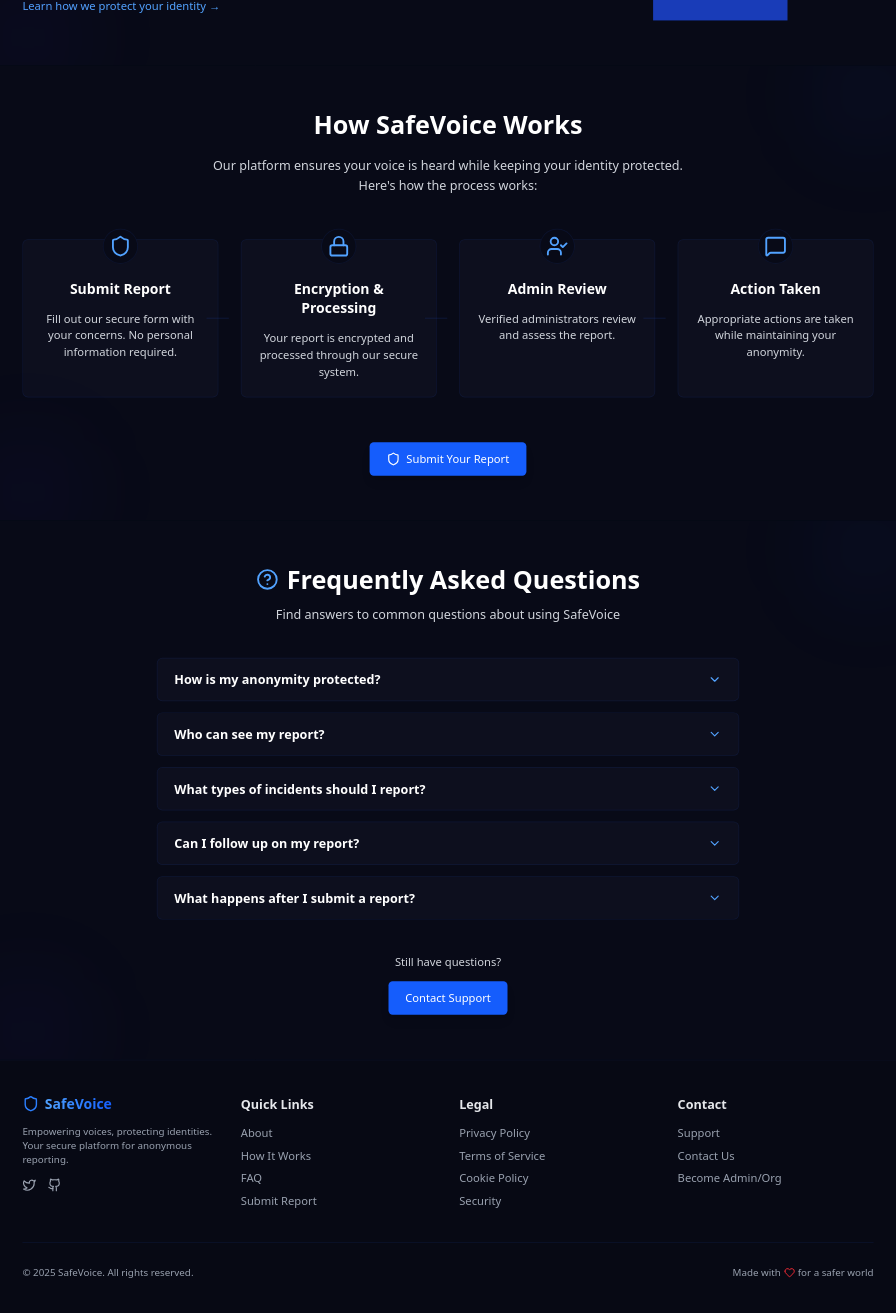
Repository: Marvin-Maina/safevoice
Page: / (app in safevoice-frontend/)
The author's editor kept a copy of each file at every save. The page is drawn from the files as they stood at one save, then again after a run of saves.
The browser window is 1280 px wide. The pictures show the part of the page from y = 974 to 2894 px (the page is 2850 px tall before and 2894 px after), at 70% of full size.
The project was rebuilt for these pictures with package versions that can differ from the ones it lists, and the page was loaded fresh each time. Also part of the build but not shown: safevoice-frontend/vite.config.js, safevoice-frontend/src/pages/register.jsx, safevoice-frontend/src/pages/login.jsx, safevoice-frontend/src/pages/becomeadmin.jsx, safevoice-frontend/src/pages/freeadmindashboard.jsx, safevoice-frontend/src/components/PrivateRoute.jsx, safevoice-frontend/src/pages/UserReportDetail.jsx, safevoice-frontend/src/pages/SubmitReport.jsx and 2 more.

Above is the page before, as saved 2025-06-03 10:34:00.

### safevoice-frontend/src/App.jsx
// src/App.jsx
import { BrowserRouter as Router, Routes, Route, useLocation } from 'react-router-dom';
import Register from './pages/register';
import Login from './pages/login';
import Navbar from './components/navbar';
import Footer from './components/footer';
import LandingPage from './pages/landingpage';
import About from './components/about';
import BecomeAdmin from './pages/becomeadmin';
import FreeAdminDashboard from './pages/freeadmindashboard';
import PrivateRoute from './components/PrivateRoute'; // IMPORTANT: This import is necessary
import UserReportDetail from './pages/UserReportDetail'; // IMPORTANT: This import is necessary
import SubmitReport from './pages/SubmitReport';
import Profile from './pages/profile';
import EditProfile from './pages/EditProfile';
const AppLayout = () => {
  const location = useLocation();
  const showNavbar = location.pathname === '/';
  const showFooter = location.pathname === '/';

  return (
    <div className="min-h-screen bg-gray-950 text-white flex flex-col">
      {showNavbar && <Navbar />}
      <div className={`${showNavbar ? 'pt-16' : ''} flex-grow`}>
        <Routes>
          <Route path="/" element={<LandingPage />} />
          <Route path="/register" element={<Register />} />
          <Route path="/login" element={<Login />} />
          <Route path="/about" element={<About />} />
          <Route path="/become-admin" element={<BecomeAdmin />} />
          <Route path="/submit-report" element={<SubmitReport />} />
          <Route path="/profile" element={<Profile />} />
          <Route path="/EditProfile" element={<EditProfile />} />


          {/* Protected Admin Dashboard Route */}
          <Route
            path="/free-admin-dashboard"
            element={
              <PrivateRoute allowedRoles={['admin']}>
                <FreeAdminDashboard />
              </PrivateRoute>
            }
          />

          {/* IMPORTANT: Route for User Report Detail - This is how reportId gets populated */}
          <Route
            path="/reports/:reportId" // <--- This dynamic parameter MUST be here!
            element={
              <PrivateRoute allowedRoles={['user', 'admin']}> {/* Users can view their own reports */}
                <UserReportDetail />
              </PrivateRoute>
            }
          />
          {/* Add more routes as needed */}
        </Routes>
      </div>
      {showFooter && <Footer />}
    </div>
  );
};

export default function App() {
  return (
    <Router>
      <AppLayout />
    </Router>
  );
}

### safevoice-frontend/src/components/footer.jsx
import React from 'react';
import { Shield, Heart, Github, Twitter } from 'lucide-react';

const Footer = () => {
  return (
    <footer className="bg-[#070914] py-12 border-t border-blue-900/20">
      <div className="max-w-7xl mx-auto px-4 sm:px-6 lg:px-8">
        <div className="grid grid-cols-1 md:grid-cols-4 gap-8">
          {/* Brand */}
          <div className="col-span-1 md:col-span-1">
            <a href="/" className="flex items-center text-xl font-bold mb-4">
              <Shield className="h-6 w-6 mr-2 text-blue-500" />
              <span className="bg-gradient-to-r from-blue-400 to-blue-600 bg-clip-text text-transparent">SafeVoice</span>
            </a>
            <p className="text-gray-400 text-sm">
              Empowering voices, protecting identities. Your secure platform for anonymous reporting.
            </p>
            <div className="flex mt-4 space-x-4">
              <a href="#" className="text-gray-400 hover:text-blue-400 transition-colors duration-300">
                <Twitter className="h-5 w-5" />
              </a>
              <a href="#" className="text-gray-400 hover:text-blue-400 transition-colors duration-300">
                <Github className="h-5 w-5" />
              </a>
            </div>
          </div>

          {/* Quick Links */}
          <div className="col-span-1">
            <h3 className="text-lg font-semibold mb-4 text-gray-200">Quick Links</h3>
            <ul className="space-y-2">
              <li>
                <a href="#about" className="text-gray-400 hover:text-blue-400 transition-colors duration-300">About</a>
              </li>
              <li>
                <a href="#how-it-works" className="text-gray-400 hover:text-blue-400 transition-colors duration-300">How It Works</a>
              </li>
              <li>
                <a href="#faq" className="text-gray-400 hover:text-blue-400 transition-colors duration-300">FAQ</a>
              </li>
              <li>
                <a href="#report" className="text-gray-400 hover:text-blue-400 transition-colors duration-300">Submit Report</a>
              </li>
            </ul>
          </div>

          {/* Legal */}
          <div className="col-span-1">
            <h3 className="text-lg font-semibold mb-4 text-gray-200">Legal</h3>
            <ul className="space-y-2">
              <li>
                <a href="#privacy" className="text-gray-400 hover:text-blue-400 transition-colors duration-300">Privacy Policy</a>
              </li>
              <li>
                <a href="#terms" className="text-gray-400 hover:text-blue-400 transition-colors duration-300">Terms of Service</a>
              </li>
              <li>
                <a href="#cookies" className="text-gray-400 hover:text-blue-400 transition-colors duration-300">Cookie Policy</a>
              </li>
              <li>
                <a href="#security" className="text-gray-400 hover:text-blue-400 transition-colors duration-300">Security</a>
              </li>
            </ul>
          </div>

          {/* Contact */}
          <div className="col-span-1">
            <h3 className="text-lg font-semibold mb-4 text-gray-200">Contact</h3>
            <ul className="space-y-2">
              <li>
                <a href="#support" className="text-gray-400 hover:text-blue-400 transition-colors duration-300">Support</a>
              </li>
              <li>
                <a href="#contact" className="text-gray-400 hover:text-blue-400 transition-colors duration-300">Contact Us</a>
              </li>
              <li>
                <a href="#become-admin" className="text-gray-400 hover:text-blue-400 transition-colors duration-300">Become Admin/Org</a>
              </li>
            </ul>
          </div>
        </div>

        <div className="mt-12 pt-8 border-t border-blue-900/20 flex flex-col md:flex-row justify-between items-center">
          <p className="text-gray-400 text-sm">
            &copy; {new Date().getFullYear()} SafeVoice. All rights reserved.
          </p>
          <p className="text-gray-400 text-sm flex items-center mt-4 md:mt-0">
            Made with <Heart className="h-4 w-4 mx-1 text-red-500" /> for a safer world
          </p>
        </div>
      </div>
    </footer>
  );
};

export default Footer;

### safevoice-frontend/src/pages/landingpage.jsx
import React from 'react';
import HeroSection from '../components/hero';
import About from '../components/about';
import HowItWorks from '../components/Howitworks';
import Faq from '../components/FAQS';
// import more sections as needed...

const LandingPage = () => {
  return (
    <main>
      <HeroSection />
      <About />
      <HowItWorks />
      <Faq />
      {/* More sections */}
    </main>
  );
};

export default LandingPage;

### safevoice-frontend/src/components/about.jsx
import React from 'react';
import { MessageSquare } from 'lucide-react';

const About = () => {
  return (
    <section id="about" className="py-16 bg-[#080a17] relative overflow-hidden">
      <div className="max-w-7xl mx-auto px-4 sm:px-6 lg:px-8">
        <div className="grid grid-cols-1 md:grid-cols-2 gap-12 items-center">
          {/* Text Content */}
          <div className="animate-fadeIn">
            <div className="flex items-center mb-6">
              <MessageSquare className="text-blue-400 h-6 w-6 mr-3" />
              <h2 className="text-3xl font-bold">Our Why</h2>
            </div>
            <h3 className="text-2xl font-semibold mb-6">
              SafeVoice began as a response to stories we couldn't ignore.
            </h3>
            <div className="space-y-4 text-gray-300">
              <p>
                In schools, workplaces, and communities, people were witnessing and experiencing abuse, threats,
                and misconduct—but had no safe way to speak up. Fear of backlash, exposure, or not being
                believed kept too many voices silent.
              </p>
              <p>
                We built SafeVoice to change that. It's anonymous, it's secure, it's your platform
                to speak truth without fear—and start change.
              </p>
              <a
                href="#learn-more"
                className="inline-block text-blue-400 hover:text-blue-300 transition-colors duration-300 mt-4 group"
              >
                Learn how we protect your identity{' '}
                <span className="group-hover:translate-x-1 inline-block transition-transform duration-300">→</span>
              </a>
            </div>
          </div>

          {/* Image/Illustration */}
          <div className="relative">
            <div className="relative h-80 w-full md:h-96 animate-fadeInRight">
              <div className="absolute right-0 top-0 h-full w-full">
                <div className="relative h-full w-full">
                  {/* Microphone icon */}
                  <div className="absolute left-1/4 top-1/2 transform -translate-y-1/2 w-16 h-40 bg-blue-600/30 rounded-full blur-sm animate-pulse"></div>

                  {/* Person silhouette */}
                  <div className="absolute right-0 top-0 h-full w-3/4">
                    <svg viewBox="0 0 200 200" xmlns="http://www.w3.org/2000/svg" className="h-full w-full text-blue-800">
                      <path fill="currentColor" d="M100,0 C120,0 135,15 135,35 C135,55 120,70 100,70 C80,70 65,55 65,35 C65,15 80,0 100,0 Z M140,80 C140,80 140,80 140,80 C140,80 140,80 140,80 C140,80 150,85 150,95 L150,200 L50,200 L50,95 C50,85 60,80 60,80 C60,80 60,80 60,80 C60,80 80,90 100,90 C120,90 140,80 140,80 Z" />
                    </svg>
                  </div>
                </div>
              </div>
            </div>
          </div>
        </div>
      </div>

      {/* Background elements */}
      <div className="absolute -top-10 -right-10 w-40 h-40 bg-blue-600/5 rounded-full filter blur-3xl"></div>
      <div className="absolute -bottom-10 -left-10 w-40 h-40 bg-indigo-600/5 rounded-full filter blur-3xl"></div>
    </section>
  );
};

export default About;

### safevoice-frontend/src/components/hero.jsx
import React from 'react';
import { Shield } from 'lucide-react';
import { Link } from 'react-router-dom';
const HeroSection = () => {
  return (
    <section className="relative pt-28 pb-20 overflow-hidden">
      <div className="max-w-7xl mx-auto px-4 sm:px-6 lg:px-8 text-center">
        <h1 className="text-4xl sm:text-5xl md:text-6xl font-bold leading-tight mb-6 animate-fadeIn">
          <span className="bg-gradient-to-r from-white to-blue-300 bg-clip-text text-transparent">Anonymous Reporting</span>
          <br />
          <span className="bg-gradient-to-r from-blue-300 to-white bg-clip-text text-transparent">Made Safe</span>
        </h1>
        <p className="text-xl text-gray-300 mb-12 max-w-2xl mx-auto animate-fadeInUp">
          Empowering voices, protecting identities.
        </p>
        <div className="flex flex-col sm:flex-row justify-center space-y-4 sm:space-y-0 sm:space-x-4 animate-fadeInUp animation-delay-200">

          <Link
            to="/submit-report"
            className="inline-flex items-center px-6 py-3 bg-blue-600 text-white font-medium rounded-md hover:bg-blue-700 transition-all duration-300 transform hover:scale-105 shadow-lg hover:shadow-blue-600/50"
          >
            <Shield className="mr-2 h-5 w-5" />
            Report Anonymously
          </Link>

           < Link to ="/become-admin"
            className="inline-flex items-center px-6 py-3 bg-transparent border border-blue-600 text-white font-medium rounded-md hover:bg-blue-900/20 transition-all duration-300 transform hover:scale-105 shadow-lg hover:shadow-blue-600/30"
          >
            Become Admin/Org
          </Link>
        </div>
      </div>

      {/* Animated gradient circles */}
      <div className="absolute top-1/4 left-1/4 w-64 h-64 bg-blue-600/10 rounded-full filter blur-3xl animate-pulse animation-duration-7000"></div>
      <div className="absolute bottom-1/4 right-1/4 w-96 h-96 bg-indigo-600/10 rounded-full filter blur-3xl animate-pulse animation-delay-2000 animation-duration-8000"></div>

      {/* Background gradient effect */}
      <div className="absolute inset-0 bg-gradient-to-b from-blue-900/10 to-transparent pointer-events-none" aria-hidden="true"></div>
    </section>
  );
};

export default HeroSection;

### safevoice-frontend/src/components/Howitworks.jsx
import React from 'react';
import { Shield, Lock, UserCheck, MessageSquare } from 'lucide-react';

const HowItWorks = () => {
  const steps = [
    {
      icon: <Shield className="h-8 w-8 text-blue-400" />,
      title: "Submit Report",
      description: "Fill out our secure form with your concerns. No personal information required."
    },
    {
      icon: <Lock className="h-8 w-8 text-blue-400" />,
      title: "Encryption & Processing",
      description: "Your report is encrypted and processed through our secure system."
    },
    {
      icon: <UserCheck className="h-8 w-8 text-blue-400" />,
      title: "Admin Review",
      description: "Verified administrators review and assess the report."
    },
    {
      icon: <MessageSquare className="h-8 w-8 text-blue-400" />,
      title: "Action Taken",
      description: "Appropriate actions are taken while maintaining your anonymity."
    }
  ];

  return (
    <section id="how-it-works" className="py-16 bg-[#080a17] relative overflow-hidden">
      <div className="max-w-7xl mx-auto px-4 sm:px-6 lg:px-8">
        <div className="text-center mb-16 animate-fadeIn">
          <h2 className="text-3xl md:text-4xl font-bold mb-6">How SafeVoice Works</h2>
          <p className="text-gray-300 text-lg max-w-2xl mx-auto">
            Our platform ensures your voice is heard while keeping your identity protected.
            Here's how the process works:
          </p>
        </div>

        <div className="grid md:grid-cols-2 lg:grid-cols-4 gap-8 relative">
          {steps.map((step, index) => (
            <div
              key={index}
              className="relative bg-[#0d0f1e] p-6 rounded-lg border border-blue-900/20 transform hover:scale-105 transition-all duration-300 animate-fadeInUp"
              style={{ animationDelay: `${index * 200}ms` }}
            >
              <div className="absolute -top-4 left-1/2 transform -translate-x-1/2">
                <div className="bg-[#080a17] p-2 rounded-full border border-blue-900/20">
                  {step.icon}
                </div>
              </div>

              <div className="mt-8 text-center">
                <h3 className="text-xl font-semibold mb-4">{step.title}</h3>
                <p className="text-gray-300">{step.description}</p>
              </div>

              {index < steps.length - 1 && (
                <div className="hidden lg:block absolute top-1/2 right-0 transform translate-x-1/2 -translate-y-1/2">
                  <div className="w-8 h-0.5 bg-blue-900/20"></div>
                </div>
              )}
            </div>
          ))}
        </div>

        <div className="mt-16 text-center animate-fadeInUp animation-delay-200">
          <a
            href="#submit-report"
            className="inline-flex items-center px-6 py-3 bg-blue-600 text-white font-medium rounded-md hover:bg-blue-700 transition-all duration-300 transform hover:scale-105 shadow-lg hover:shadow-blue-600/50"
          >
            <Shield className="mr-2 h-5 w-5" />
            Submit Your Report
          </a>
        </div>
      </div>

      {/* Background elements */}
      <div className="absolute -top-10 -right-10 w-40 h-40 bg-blue-600/5 rounded-full filter blur-3xl"></div>
      <div className="absolute -bottom-10 -left-10 w-40 h-40 bg-indigo-600/5 rounded-full filter blur-3xl"></div>
    </section>
  );
};

export default HowItWorks;

### safevoice-frontend/src/components/FAQS.jsx
import React, { useState } from 'react';
import { ChevronDown, ChevronUp, HelpCircle } from 'lucide-react';

const FAQ = () => {
  const [openIndex, setOpenIndex] = useState(null);

  const faqs = [
    {
      question: "How is my anonymity protected?",
      answer: "SafeVoice uses advanced encryption and never collects identifying information. Your reports are completely anonymous, and we don't track IP addresses or require any personal details."
    },
    {
      question: "Who can see my report?",
      answer: "Only verified administrators of your organization have access to reports. All administrators undergo strict verification and are bound by confidentiality agreements."
    },
    {
      question: "What types of incidents should I report?",
      answer: "You can report any concerns about misconduct, harassment, safety issues, or ethical violations. If you're unsure, it's better to report and let our administrators assess the situation."
    },
    {
      question: "Can I follow up on my report?",
      answer: "Yes. Each report receives a unique reference number. You can use this to check the status of your report or provide additional information while maintaining anonymity."
    },
    {
      question: "What happens after I submit a report?",
      answer: "Your report is encrypted and sent to verified administrators. They review the information, investigate if necessary, and take appropriate action while protecting your identity."
    }
  ];

  return (
    <section id="faq" className="py-16 bg-[#080a17] relative overflow-hidden">
      <div className="max-w-4xl mx-auto px-4 sm:px-6 lg:px-8">
        <div className="text-center mb-12 animate-fadeIn">
          <div className="flex items-center justify-center mb-4">
            <HelpCircle className="h-8 w-8 text-blue-400 mr-3" />
            <h2 className="text-3xl md:text-4xl font-bold">Frequently Asked Questions</h2>
          </div>
          <p className="text-gray-300 text-lg">
            Find answers to common questions about using SafeVoice
          </p>
        </div>

        <div className="space-y-4 animate-fadeInUp">
          {faqs.map((faq, index) => (
            <div
              key={index}
              className="bg-[#0d0f1e] rounded-lg border border-blue-900/20 overflow-hidden transition-all duration-300"
            >
              <button
                className="w-full px-6 py-4 text-left flex items-center justify-between focus:outline-none"
                onClick={() => setOpenIndex(openIndex === index ? null : index)}
              >
                <span className="font-semibold text-lg">{faq.question}</span>
                {openIndex === index ? (
                  <ChevronUp className="h-5 w-5 text-blue-400" />
                ) : (
                  <ChevronDown className="h-5 w-5 text-blue-400" />
                )}
              </button>

              <div
                className={`px-6 transition-all duration-300 ${
                  openIndex === index ? 'py-4 border-t border-blue-900/20' : 'max-h-0 overflow-hidden'
                }`}
              >
                <p className="text-gray-300">{faq.answer}</p>
              </div>
            </div>
          ))}
        </div>

        <div className="mt-12 text-center animate-fadeInUp animation-delay-200">
          <p className="text-gray-300 mb-4">Still have questions?</p>
          <a
            href="#contact"
            className="inline-flex items-center px-6 py-3 bg-blue-600 text-white font-medium rounded-md hover:bg-blue-700 transition-all duration-300 transform hover:scale-105 shadow-lg hover:shadow-blue-600/50"
          >
            Contact Support
          </a>
        </div>
      </div>

      {/* Background elements */}
      <div className="absolute -top-10 -right-10 w-40 h-40 bg-blue-600/5 rounded-full filter blur-3xl"></div>
      <div className="absolute -bottom-10 -left-10 w-40 h-40 bg-indigo-600/5 rounded-full filter blur-3xl"></div>
    </section>
  );
};

export default FAQ;

Loaded but not shown: safevoice-frontend/index.html (common file); safevoice-frontend/src/main.jsx (common file); safevoice-frontend/src/index.css (common file); safevoice-frontend/src/components/navbar.jsx (246 lines, source omitted)

After the next 2 saves:
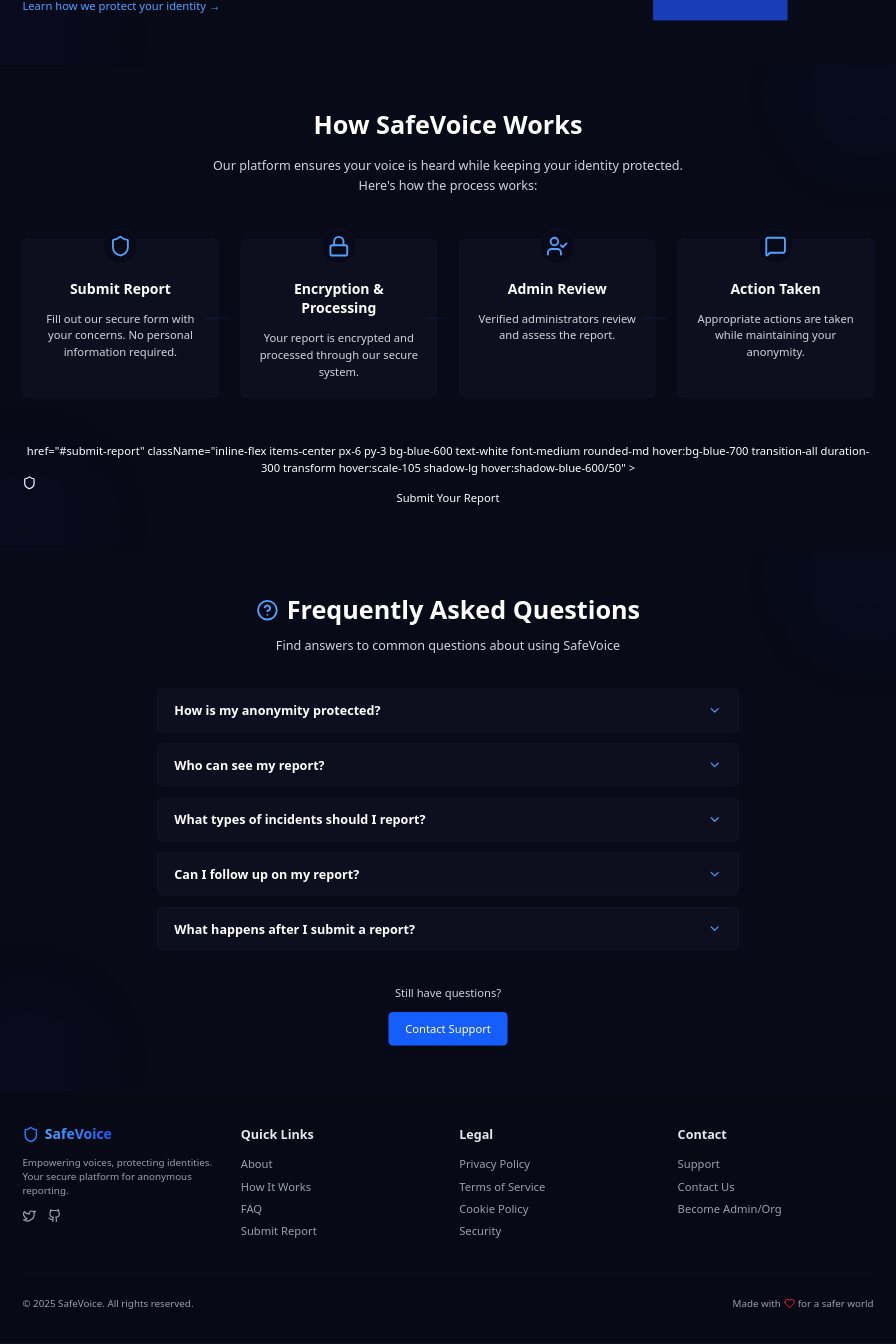
The 2 saves are shown as one change because 1 did not build or start.
The last was saved 74 min 12 s later.
--- a/safevoice-frontend/src/components/Howitworks.jsx
+++ b/safevoice-frontend/src/components/Howitworks.jsx
@@ -64,13 +64,13 @@
         </div>
 
         <div className="mt-16 text-center animate-fadeInUp animation-delay-200">
-          <a
+
             href="#submit-report"
             className="inline-flex items-center px-6 py-3 bg-blue-600 text-white font-medium rounded-md hover:bg-blue-700 transition-all duration-300 transform hover:scale-105 shadow-lg hover:shadow-blue-600/50"
           >
             <Shield className="mr-2 h-5 w-5" />
             Submit Your Report
-          </a>
+
         </div>
       </div>
 
